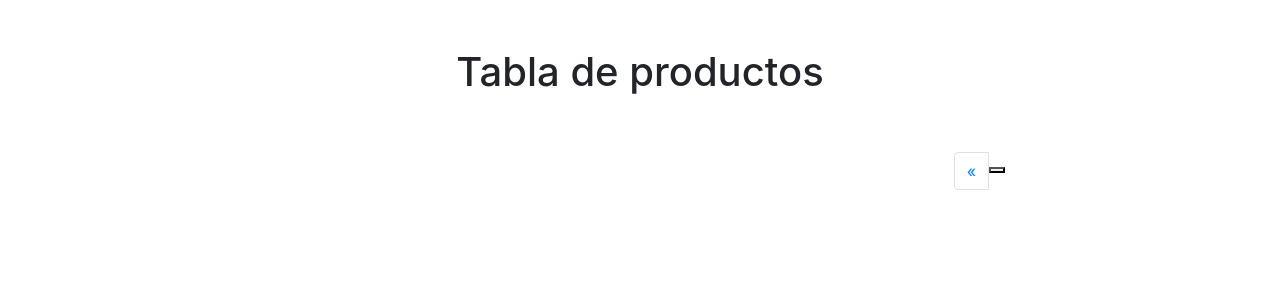
Repository: pedro-donoso/tabla-paginada
Page: index.html
The author's editor kept a copy of each file at every save. The page is drawn from the files as they stood at one save, then again after the next save.
The browser window is 1280 px wide. The pictures show the whole page.

Above is the page before, as saved 2024-02-06 16:42:28.

After the next save:
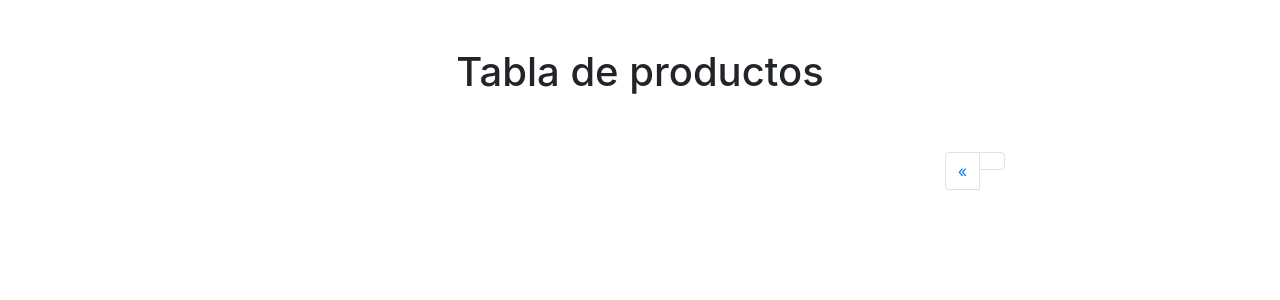
Saved 8 s later.
--- a/index.html
+++ b/index.html
@@ -32,7 +32,7 @@
                             </li>
                             <div class="items" class="d-flex"></div>
                             <li class="page-item">
-                                <button>
+                                <button class="page-link">
 
                                 </button>
                             </li>
